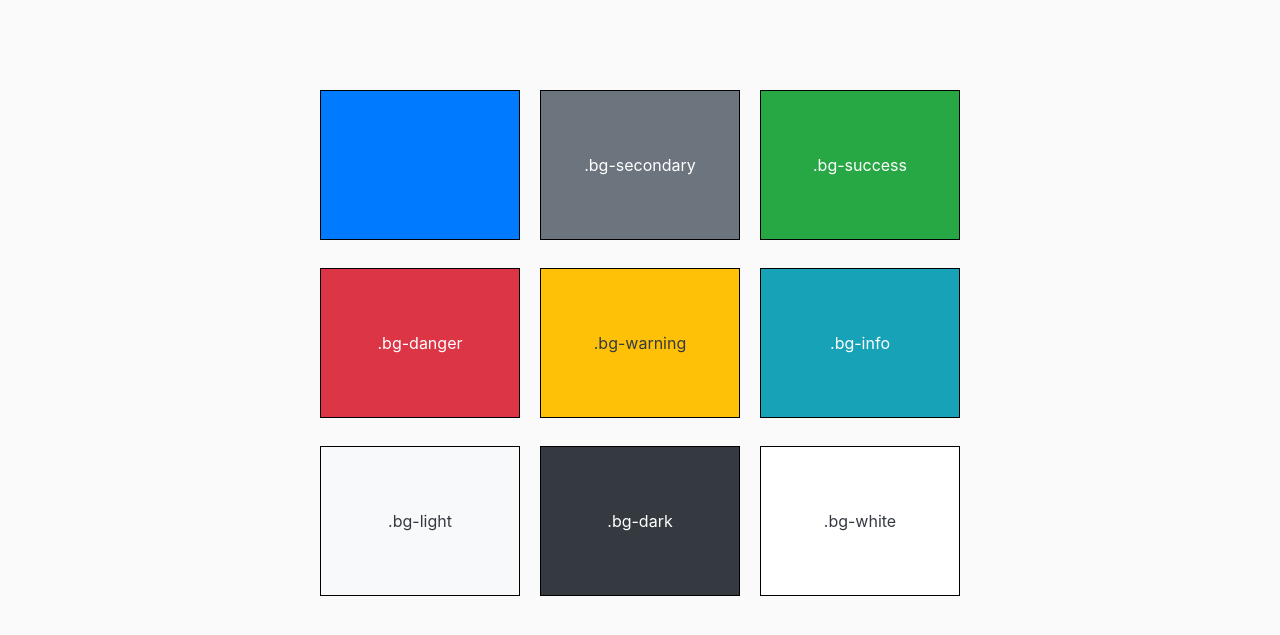
Repository: khanhdk0000/first_proj
Page: http://localhost/about
An editor plug-in stored every save of this project. The page is shown before and after the next save, followed by the edit.
The browser window is 1280 px wide. The pictures show the whole page.
Some web libraries are served in a nearby version. The page is served by the project's application, run on Flask 3 (flaskblog.py).

Above is the page before, as saved 2021-05-25 12:29:48.

After the next save:
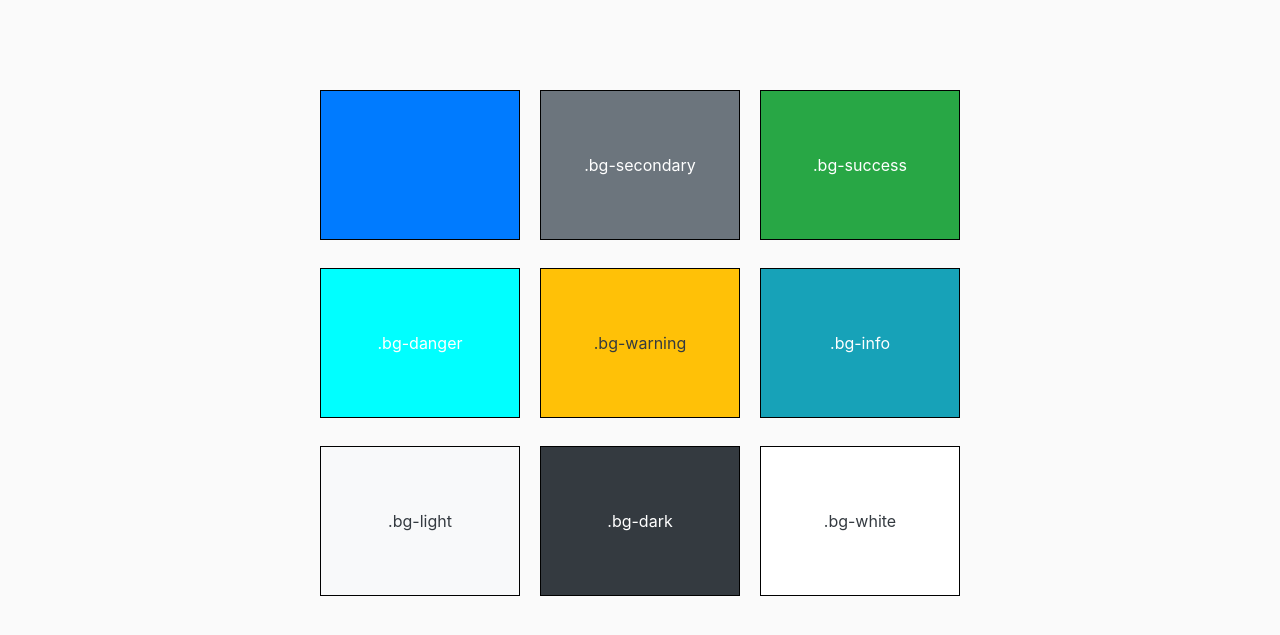
Saved 12 s later.
--- a/templates/about.html
+++ b/templates/about.html
@@ -29,7 +29,7 @@
 </div>
 
 <div class="row m-2">
-    <div class="bg-danger text-white" style="background-color:aqua;">.bg-danger</div>
+    <div class=" text-white" style="background-color:aqua;">.bg-danger</div>
     <div class="bg-warning text-dark">.bg-warning</div>
     <div class="bg-info text-white">.bg-info</div>
 </div>
